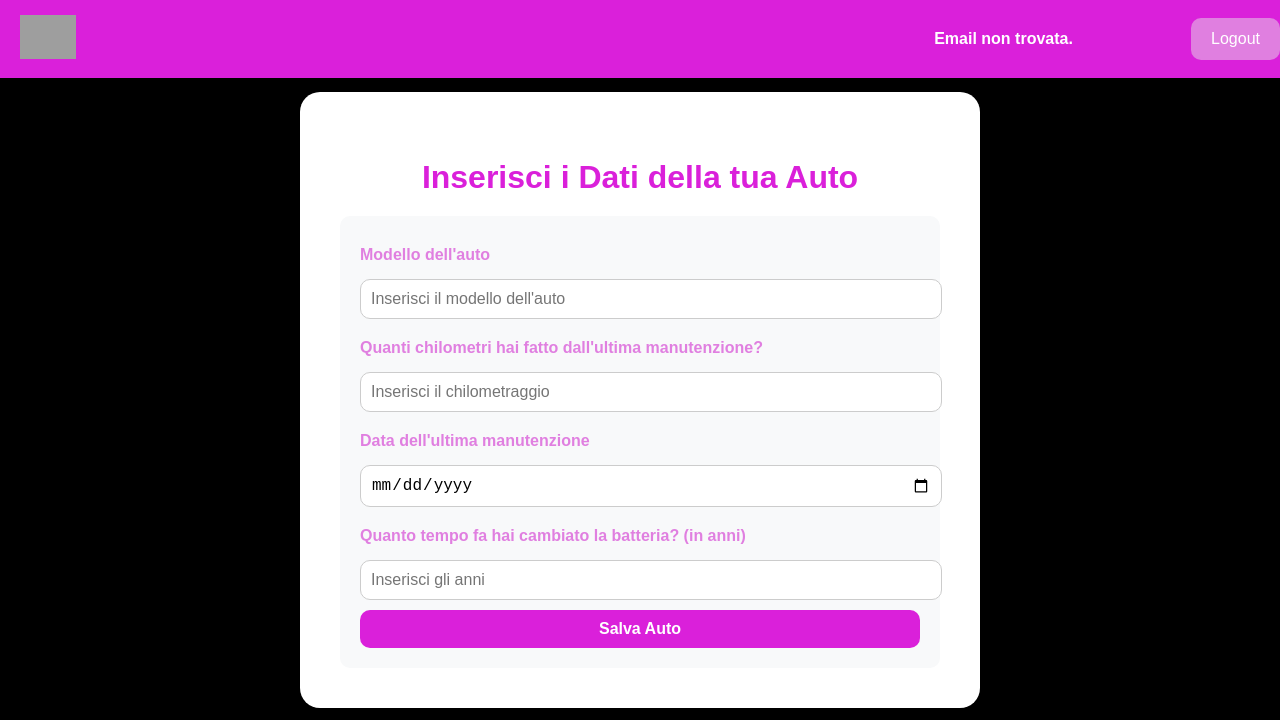
Repository: maxdl98/AppAuto
Page: http://localhost/index
These files come from the project's save history. The page is drawn as it stood at one moment and after the next save; the edit follows.
The browser window is 1280 px wide. The pictures show the whole page.
Pictures or frames that could not be fetched are drawn as grey boxes. The page is this project's Thymeleaf template; nobody is signed in. The template is opened directly, without the code that normally fills it, so the values that code supplies are empty.

Above is the page before, as saved 2025-01-13 08:34:05.

After the next save:
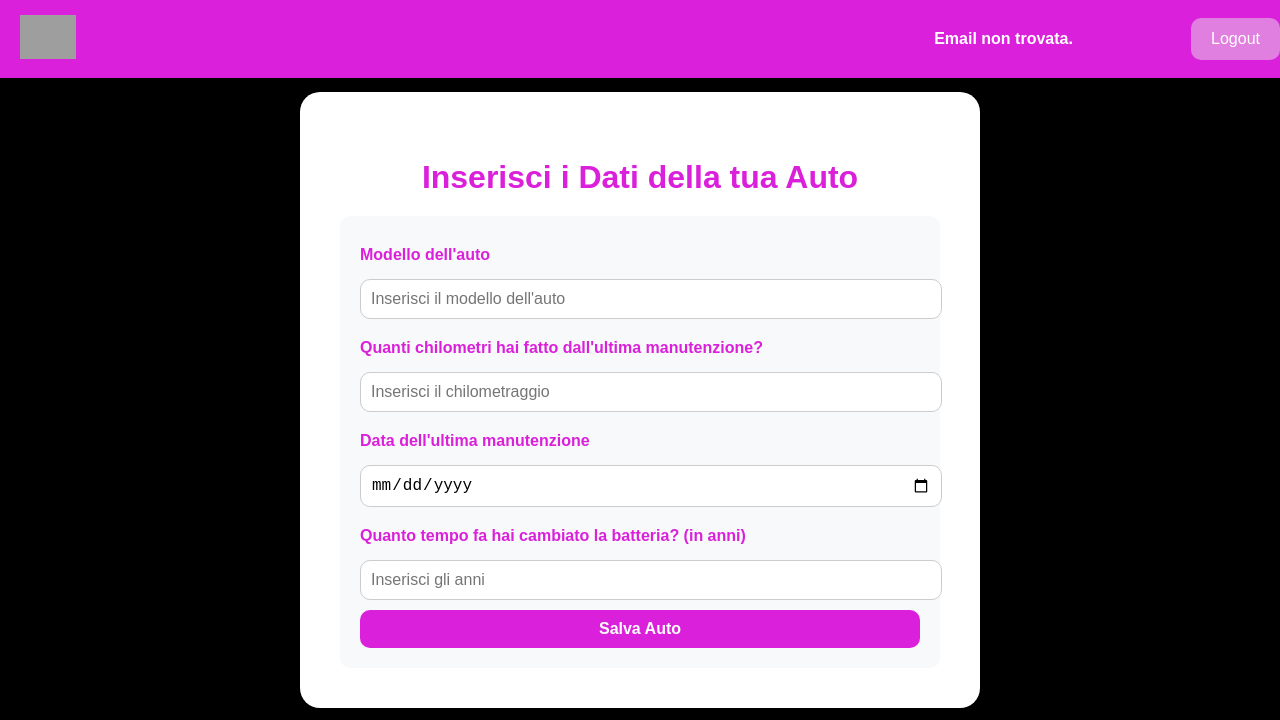
Saved 92 s later.
--- a/AutoApp/src/main/resources/templates/index.html
+++ b/AutoApp/src/main/resources/templates/index.html
@@ -101,9 +101,10 @@
 
         .auto-form label {
             font-weight: bold;
-            color: #e07fe0;
+            color: #da20da;
             display: block;
             margin: 10px 0 5px;
+
         }
 
         .auto-form input {
